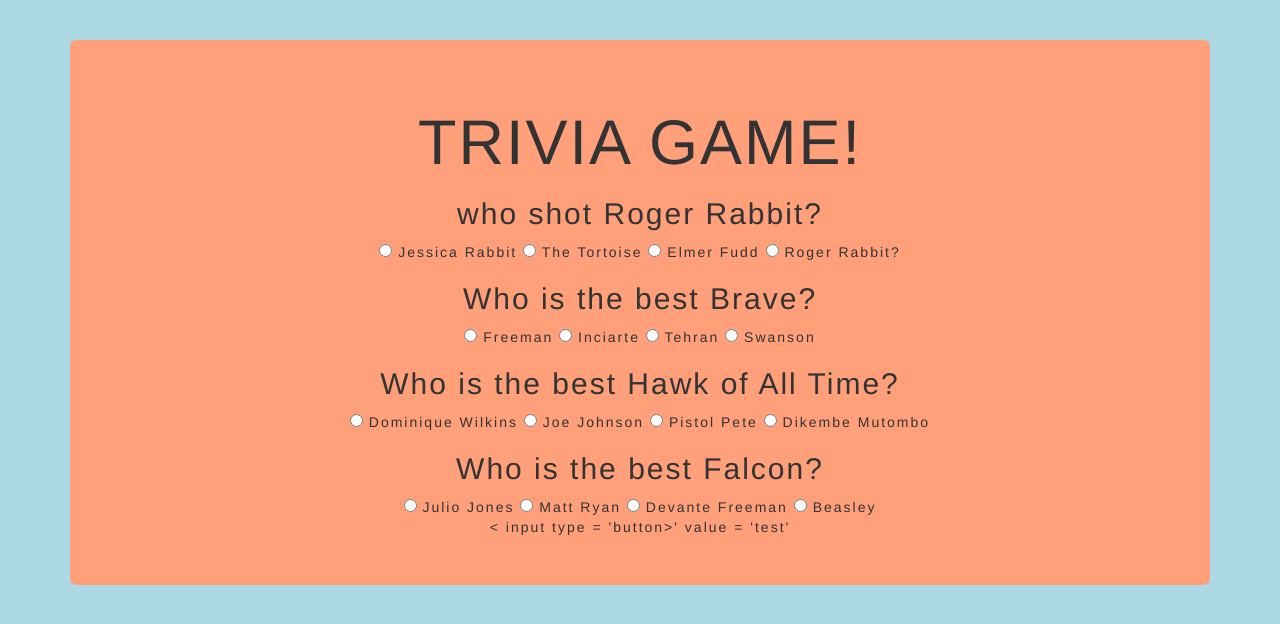
Repository: phiniezyc/TriviaGame
Page: index.html
The author's editor kept a copy of each file at every save. The page is drawn from the files as they stood at one save, then again after a run of saves.
The browser window is 1280 px wide. The pictures show the whole page.
After loading, the first visible `#startGameButton` was clicked once.
Some web libraries are served in a nearby version.

Above is the page before, as saved 2017-09-14 00:46:32.

After the next 4 saves:
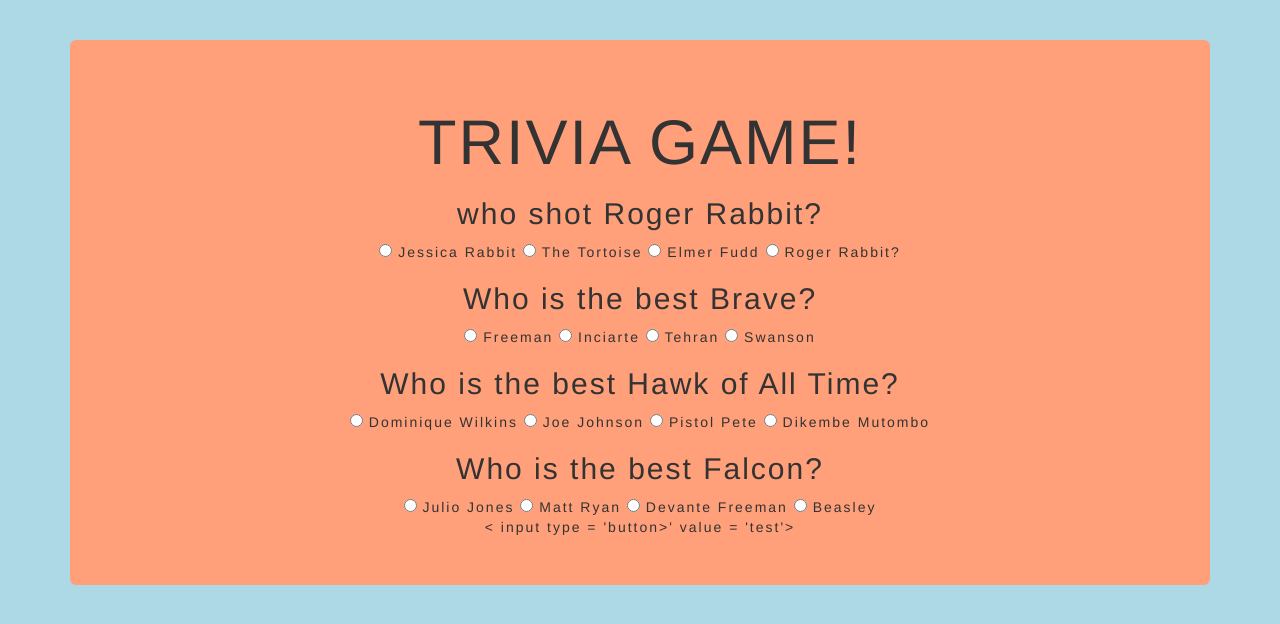
The 4 saves are shown as one change because they came seconds apart.
The last was saved 40 s later.
--- a/assets/javascript/app.js
+++ b/assets/javascript/app.js
@@ -7,7 +7,7 @@
             $("#questionSection").append("<input type = 'radio' name= 'questionsToAsk" + i + " 'value' " + questions[i].answers[j] + "'>" + questions[i].answers[j])
         }
     }
-    $("#questionSection").after("< input type = 'button>' value = 'test'")
+    $("#questionSection").after("< input type = 'button>' value = 'test'> </button>");
 });
 
 var questions = [{
